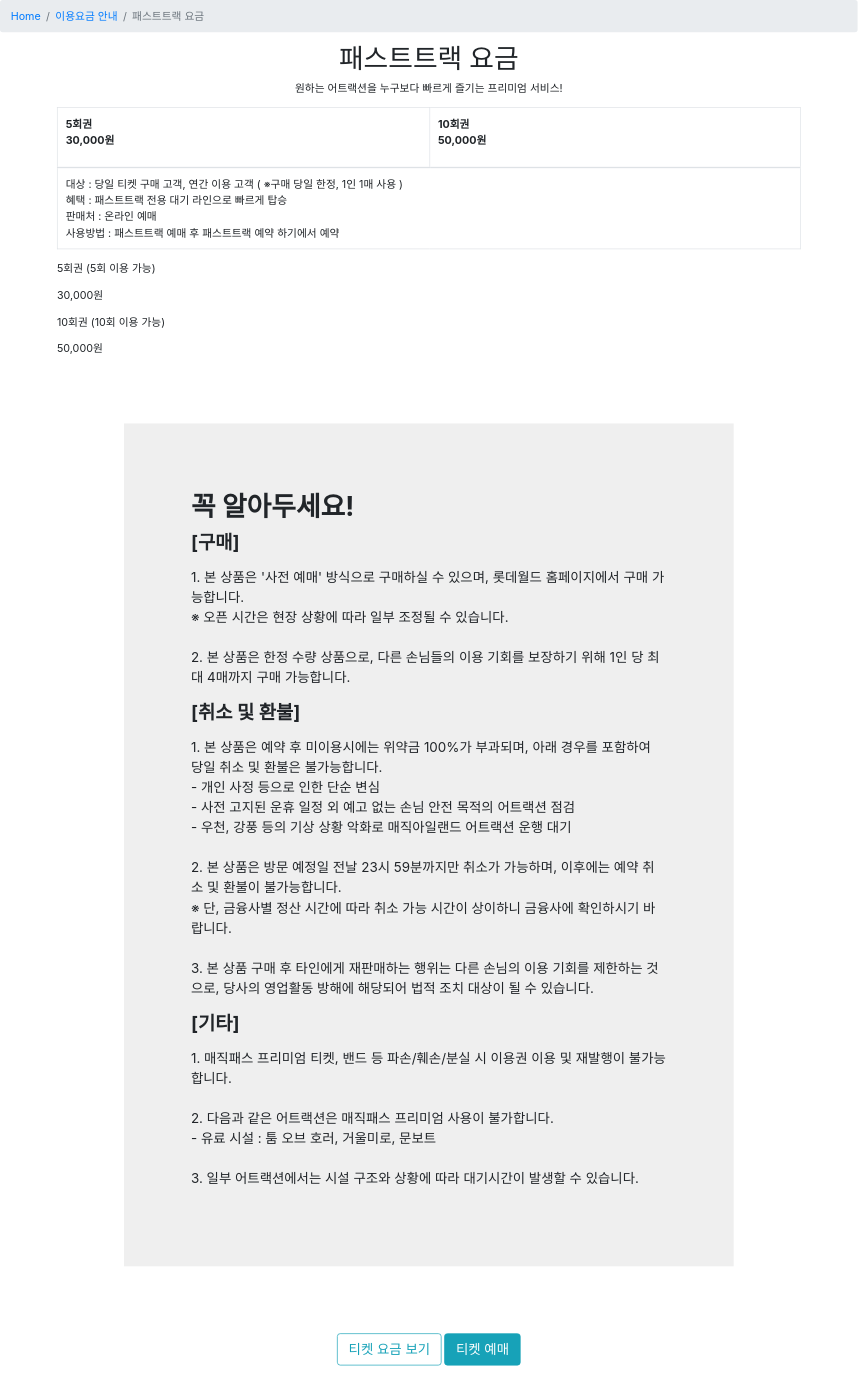
Repository: ppeace1216/team
Page: http://localhost/team/webapps/charge/fastInfo.jsp
The author's editor kept a copy of each file at every save. The page is drawn from the files as they stood at one save, then again after the next save.
The browser window is 1280 px wide. The pictures show the whole page, at 67% of full size.
The page is served by Tomcat 9. The template is opened directly, without the code that normally fills it, so the values that code supplies are empty.

Above is the page before, as saved 2022-12-18 13:49:28.

After the next save:
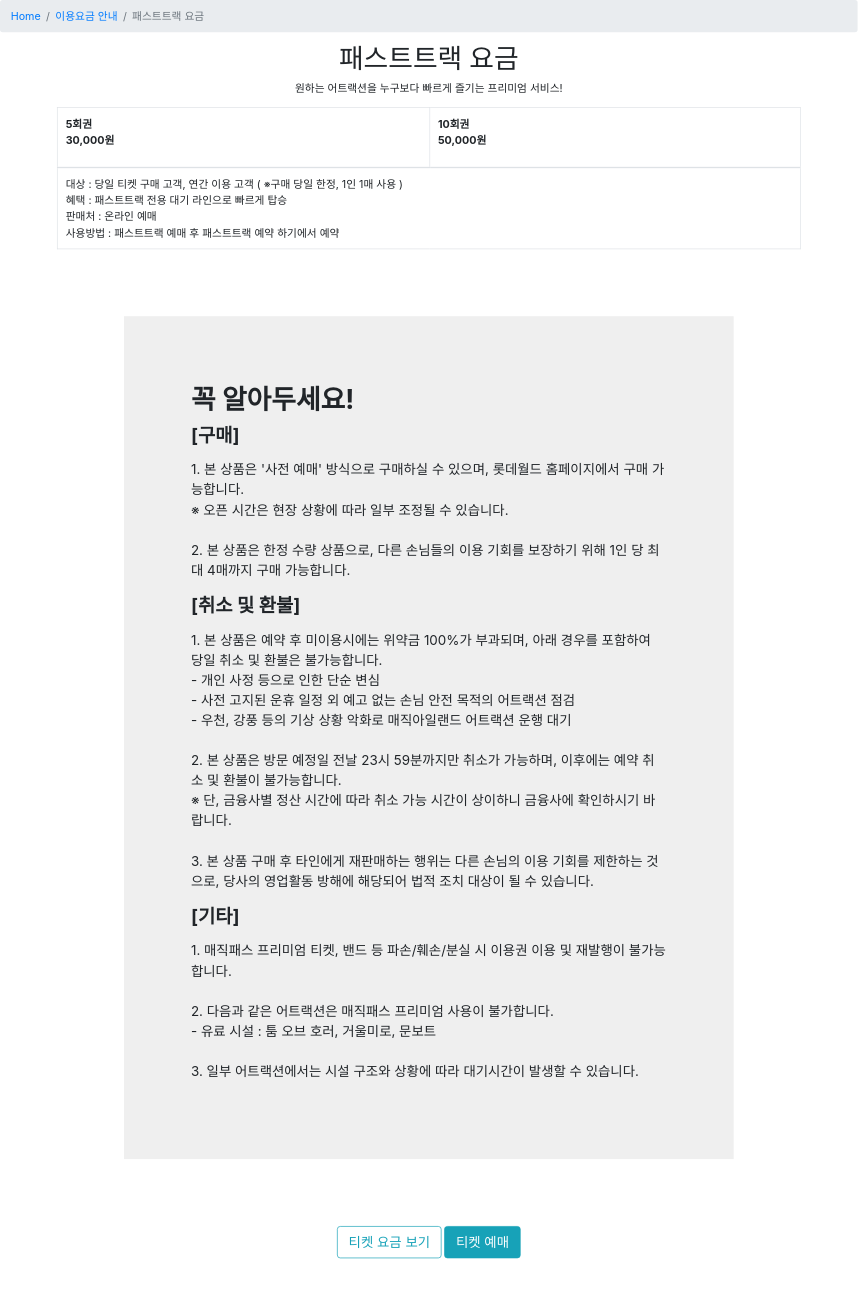
Saved 19 s later.
--- a/team/webapps/charge/fastInfo.jsp
+++ b/team/webapps/charge/fastInfo.jsp
@@ -63,16 +63,6 @@
           </tr>
         </tbody>
     </table>
-    <ul class="topArea">
-        <li>
-            <p>5회권 <span class="fLight">(5회 이용 가능)</span></p>
-            <p>30,000원</p>
-        </li>
-        <li>
-            <p>10회권 <span class="fLight">(10회 이용 가능)</span></p>
-            <p>50,000원</p>
-        </li>
-    </ul>
     <div class="notiDiv">
         <h4 class="tit">꼭 알아두세요!</h4>
         <p class="dotTit"><strong>[구매]</strong></p>
